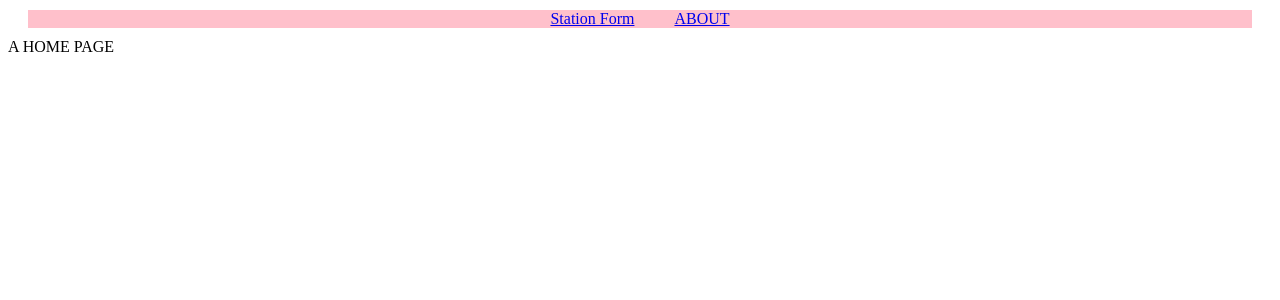
Repository: rutsguifd/mkr2
Page: /
The author's editor kept a copy of each file at every save. The page is drawn from the files as they stood at one save, then again after the next save.
The browser window is 1280 px wide. The pictures show the whole page.
The project was rebuilt for these pictures with package versions that can differ from the ones it lists, and the page was loaded fresh each time. Also part of the build but not shown: src/views/About.vue, src/components/TripCard.vue, src/views/StationForm.vue.

Above is the page before, as saved 2021-12-21 19:52:19.

### src/App.vue
<template>
  <div>
    <router-view />
  </div>
</template>

<script>
  export default {

  }
</script>

<style lang="scss" scoped>

</style>

### src/router/index.js
import { createRouter, createWebHashHistory } from 'vue-router'
import Home from '../views/Home.vue'
import About from '../views/About.vue'
import StationForm from '../views/StationForm.vue'


const routes = [
  {
    path: '/',
    name: 'Home',
    component: Home
  },
  {
    path: '/about',
    name: 'About',
    component: About
  },
  {
    path: '/station-form',
    name: 'StationForm',
    component: StationForm
  }
]

const router = createRouter({
  history: createWebHashHistory(),
  routes
})

export default router

### src/store/index.js
import { createStore } from 'vuex'

export default createStore({
  state: {
    tripInfo: [
      {
        tripStart: "Uzh",
        tripEnd: "Muk",
        tripDuration: "1 hour",
        tripPrice: "500",
        vehicle: "Bus"
      },
      {
        tripStart: "Kiev",
        tripEnd: "Muk",
        tripDuration: "2 hours",
        tripPrice: "1000",
        vehicle: "Train"
      },
      {
        tripStart: "Lviv",
        tripEnd: "Uzh",
        tripDuration: "1.5 hours",
        tripPrice: "500",
        vehicle: "Bus"
      }
    ]
  },
  mutations: {
  },
  actions: {
  },
  getters: {
    AllTrips(state) {
      return state.tripInfo
    }
  }
})

### src/views/Home.vue
<template>
  <div>
    <Header />
    A HOME PAGE
  </div>
</template>

<script>
import Header from '../components/Header.vue'
  export default {
    name: "Home",
    components: {
      Header
    }
  }
</script>

<style lang="scss" scoped>

</style>

### src/components/Header.vue
<template>
  <div class="header">
    <span><router-link to="/station-form">Station Form</router-link></span>
    <span><router-link to="/about">ABOUT</router-link></span>
  </div>
</template>

<script>
export default {};
</script>

<style lang="scss" scoped>
.header{
    text-align: center;
    margin: 10px 20px;
    background: pink;
    span{
        margin: 0px 20px;
    }
}
</style>

Loaded but not shown: public/index.html (common file); src/main.js (common file)

After the next save:
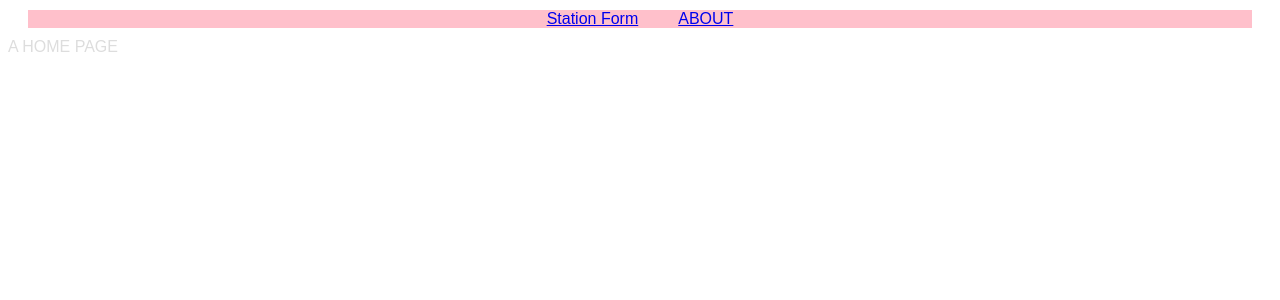
Saved 58 s later.
--- a/src/views/Home.vue
+++ b/src/views/Home.vue
@@ -16,5 +16,11 @@ import Header from '../components/Header.vue'
 </script>
 
 <style lang="scss" scoped>
-
+* {
+  margin: 0;
+  padding: 0;
+  box-sizing: border-box;
+  font-family: "Fira Sans", sans-serif;
+  color: #DDDDDD;
+}
 </style>
